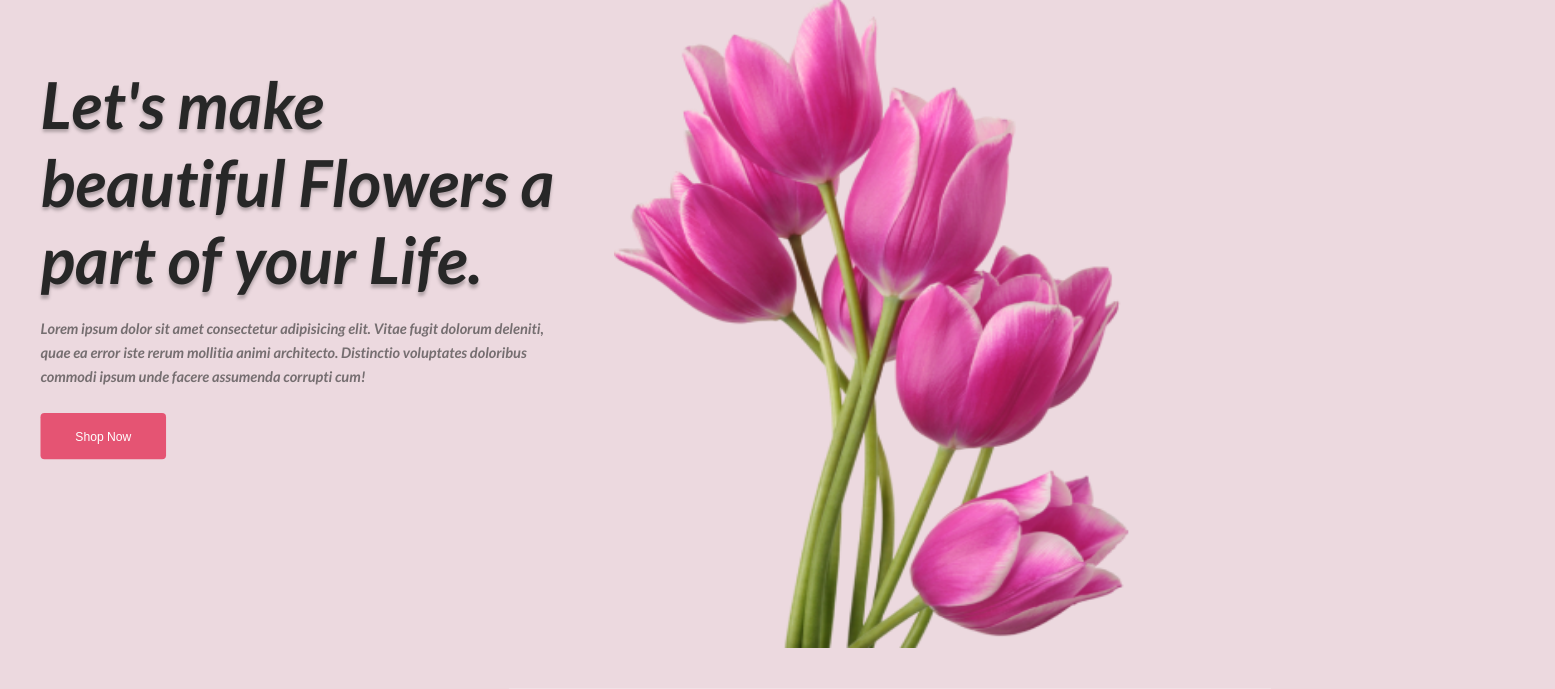
Repository: AnitaAkter/anita-flower-shop
Page: index.html
An editor plug-in stored every save of this project. The page is shown before and after the next save, followed by the edit.
The browser window is 1280 px wide. The page is 1920 px wide, so the pictures cover 1920 px, including what lies to the right of the window. The pictures show the whole page, at 81% of full size.

Above is the page before, as saved 2023-09-04 20:58:23.

### index.html
<!DOCTYPE html>
<html lang="en">

<head>
    <meta charset="UTF-8">
    <meta http-equiv="X-UA-Compatible" content="IE=edge">
    <meta name="viewport" content="width=device-width, initial-scale=1.0">
    <title>Anita's Flower Shop</title>
    <link rel="preconnect" href="https://fonts.googleapis.com">
    <link rel="preconnect" href="https://fonts.gstatic.com" crossorigin>
    <link href="https://fonts.googleapis.com/css2?family=Lato:ital,wght@1,700&display=swap" rel="stylesheet">
    <link rel="stylesheet" href="style.css">
</head>

<body>
    <div>
        <!-- /* Header -section start */ -->
        <header>
            <div class="header-intro">
                <h1>Let's make <br> beautiful Flowers a <br>part of your Life.</h1>
                <div class="header-p">
                    <p>Lorem ipsum dolor sit amet consectetur adipisicing elit. Vitae fugit dolorum deleniti, quae ea
                        error
                        iste rerum mollitia animi architecto. Distinctio voluptates doloribus commodi ipsum unde facere
                        assumenda corrupti cum!</p>
                </div>
                <button class="header-btn">Shop Now</button>
            </div>
            <div class="header-pic">
                <img src="images/pngwing 6.png" alt="">
            </div>
        </header>
        <!-- /* Header -section end */ -->
      <main>
           <div>

            </div>
      </main>

    </div>
</body>

</html>

### style.css
/* Header -section start */

* {
    margin: 0;
    padding: 0;
    box-sizing: border-box;
}

body {
    font-family: 'Lato', sans-serif;
    font-weight: 900;
}

header {
    display: flex;
    background-color: hsl(342, 34%, 89%);
    width: 1920px;
    height: 850px;
}

.header-intro {
    margin-top: 80px;
    margin-left: 50px;
    width: 708px;
    height: 506px;


}

.header-intro h1 {
    color: #272727;
    text-shadow: 0px 4px 4px rgba(0, 0, 0, 0.25);
    font-family: Lato;
    font-size: 80px;
    font-style: normal;
    font-weight: 800;
    line-height: normal;
    width: 708px;
    height: 310px;


}

.header-p {
    color: rgba(39, 39, 39, 0.60);
    font-family: Lato;
    font-size: 18px;
    font-style: normal;
    font-weight: 400;
    line-height: 30px;
    width: 634px;
    height: 120px;
    gap: 32px;



    /* 166.667% */
}

.header-btn {
    background-color: #E55473;
    border-radius: 5px;
    border: none;
    color: white;
    font-size: 15px;
    display: inline-flex;
    padding: 20px 43px;
    align-items: flex-start;
    gap: 10px;

}

.header-pic {
    width: 635px;
    height: 800px;
    margin-bottom: 0%;
    margin-right: auto;

}


.header-pic img {
    width: 635px;
    height: 800px;
}
/* Header -section end */

After the next save:
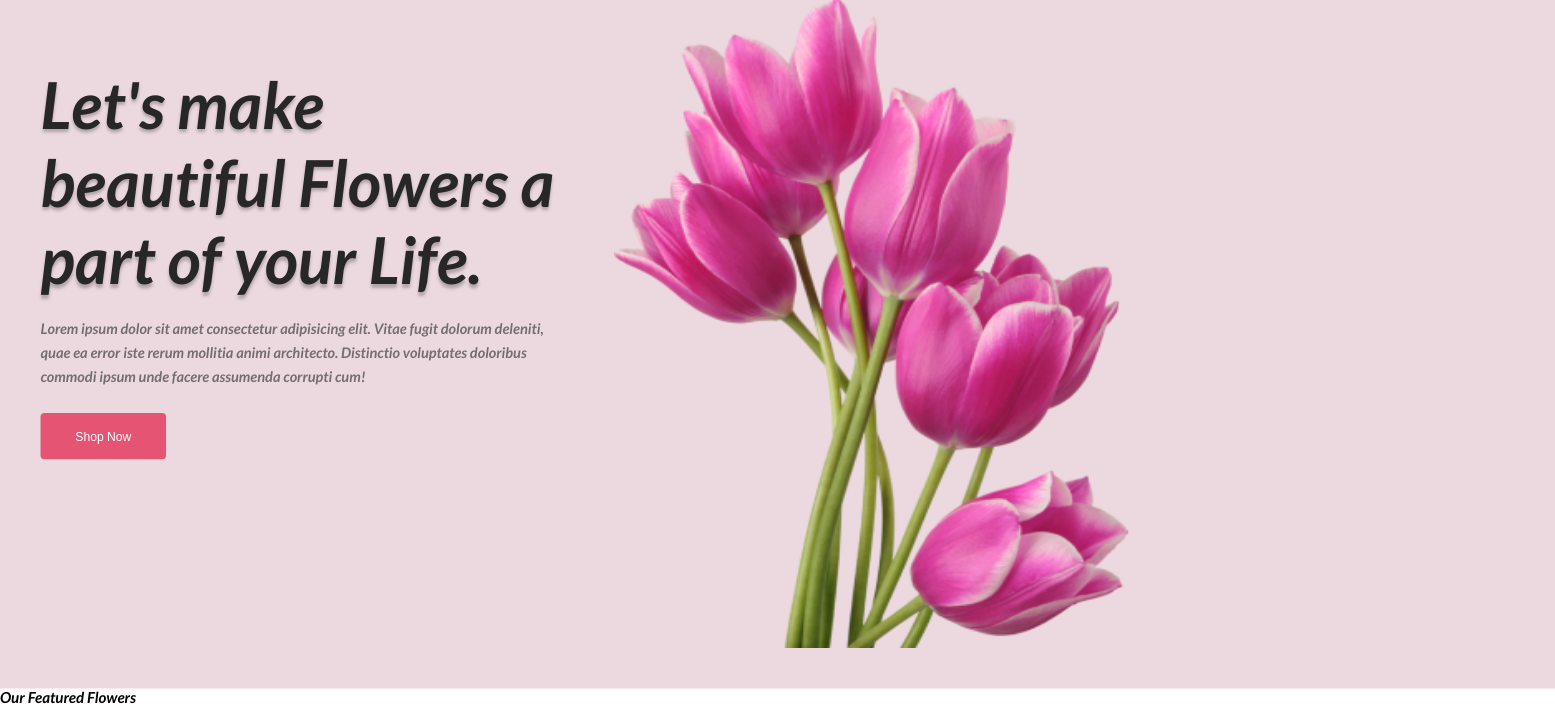
Saved 20 s later.
--- a/index.html
+++ b/index.html
@@ -33,7 +33,7 @@
         <!-- /* Header -section end */ -->
       <main>
            <div>
-
+               <h3>Our Featured Flowers</h3>
             </div>
       </main>
 
